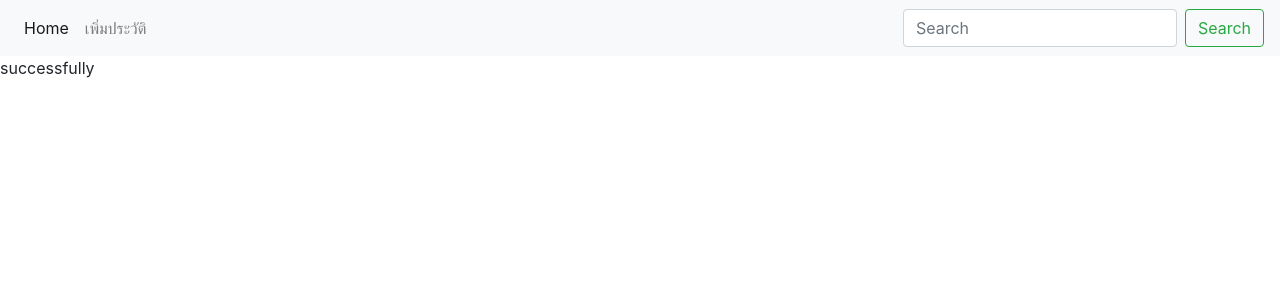
Repository: p2job/javawebapp
Page: http://localhost/demojsp/search.jsp
These files come from the project's save history. The page is drawn as it stood at one moment and after the next save; the edit follows.
The browser window is 1280 px wide. The pictures show the whole page.
The page is served by Tomcat 9.

Above is the page before, as saved 2020-07-31 10:31:18.

After the next save:
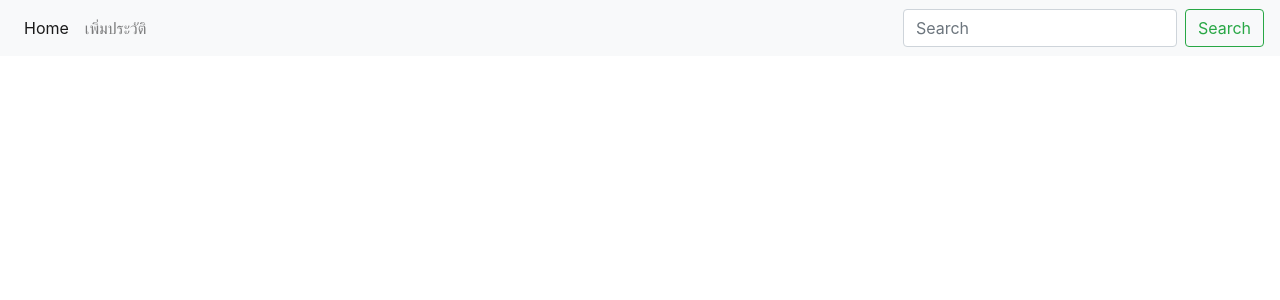
Saved 12 s later.
--- a/demojsp/WebContent/search.jsp
+++ b/demojsp/WebContent/search.jsp
@@ -34,28 +34,7 @@
     </form>
   </div>
 </nav>
-	<%
-	Connection connect = null;
-	Statement s= null;
 
-	try {
-		Class.forName("com.mysql.jdbc.Driver");
-		connect =  DriverManager.getConnection("jdbc:mysql://localhost/emplpoyee" +
-				"?useUnicode=true&characterEncoding=utf-8&user=root&password=");
-		s = connect.createStatement();
-		String sql="INSERT INTO `employee`(`Identification_No`, `Name_Prefix`, `First_Name`, `Last_Name`, `First_Name_Eng`, `Last_Name_Eng`, `Sex`, `Birth_Date`, `Phone_Number`, `Hire_Date`, `Probation_Date`, `Position_ID`, `Department_ID`, `Status`, `Salary`)"+
-		" VALUES ('"+request.getParameter("Identification_No")+"','"+request.getParameter("Name_Prefix")+"','"+request.getParameter("First_Name")+"','"+request.getParameter("Last_Name")+"','"+request.getParameter("First_Name_Eng")+"','"+request.getParameter("Last_Name_Eng")+"','"+request.getParameter("Sex")+"','"+request.getParameter("Birth_Date")+"','"+request.getParameter("Phone_Number")+"','"+request.getParameter("Hire_Date")+"',"+
-				"'"+request.getParameter("Probation_Date")+"','"+request.getParameter("Position_ID")+"','"+request.getParameter("Department_ID")+"','"+request.getParameter("Status")+"','"+request.getParameter("Salary")+"')";
-		s.execute(sql);
-		out.println("successfully");
-
-	} catch (Exception e) {
-		// TODO Auto-generated catch block
-		out.println(e.getMessage());
-		e.printStackTrace();
-	}
-
-	%>
 	<script src="https://code.jquery.com/jquery-3.5.1.slim.min.js" integrity="sha384-DfXdz2htPH0lsSSs5nCTpuj/zy4C+OGpamoFVy38MVBnE+IbbVYUew+OrCXaRkfj" crossorigin="anonymous"></script>
     <script src="https://cdn.jsdelivr.net/npm/popper.js@1.16.0/dist/umd/popper.min.js" integrity="sha384-Q6E9RHvbIyZFJoft+2mJbHaEWldlvI9IOYy5n3zV9zzTtmI3UksdQRVvoxMfooAo" crossorigin="anonymous"></script>
     <script src="https://stackpath.bootstrapcdn.com/bootstrap/4.5.0/js/bootstrap.min.js" integrity="sha384-OgVRvuATP1z7JjHLkuOU7Xw704+h835Lr+6QL9UvYjZE3Ipu6Tp75j7Bh/kR0JKI" crossorigin="anonymous"></script>
